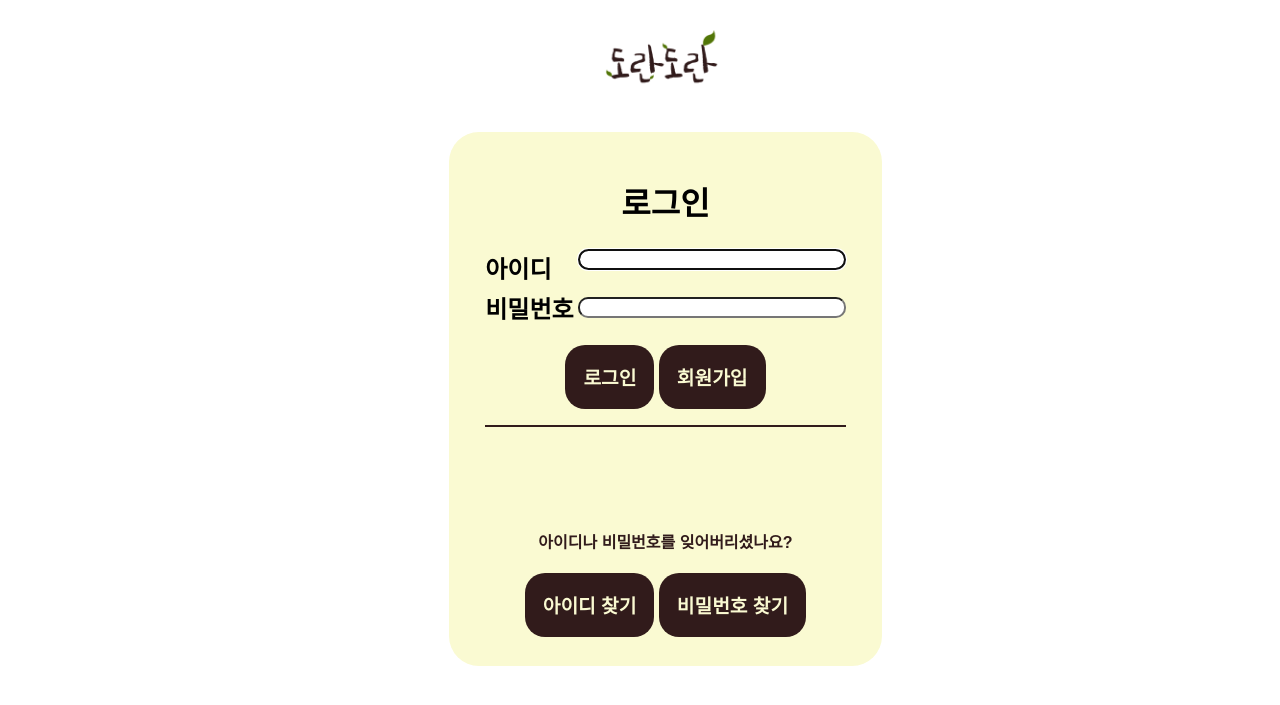
Repository: juhyun110701/DORANDORAN
Page: http://localhost/dorandoran/login.jsp
These files come from the project's save history. The page is drawn as it stood at one moment and after the next save; the edit follows.
The browser window is 1280 px wide. The pictures show the whole page.
Some web fonts or font styles are not loaded; a fallback is used. The page is served by Tomcat 9. Nobody is signed in. The application's start-up code is not run.

Above is the page before, as saved 2019-07-17 12:39:26.

After the next save:
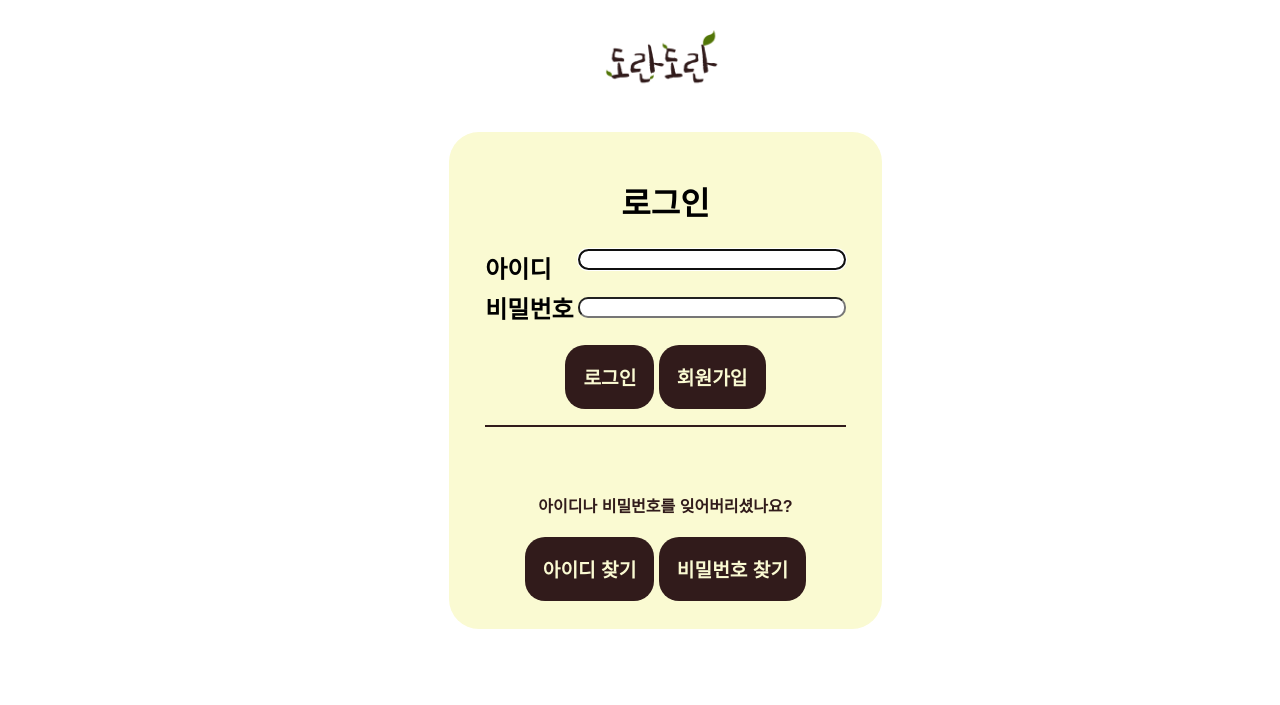
Saved 46 s later.
--- a/dorandoran/WebContent/css/login.css
+++ b/dorandoran/WebContent/css/login.css
@@ -40,5 +40,5 @@ a{
 
 #forget{
 	color:#311b1b;
-	padding-top:25%;
+	padding-top:15%;
 }
